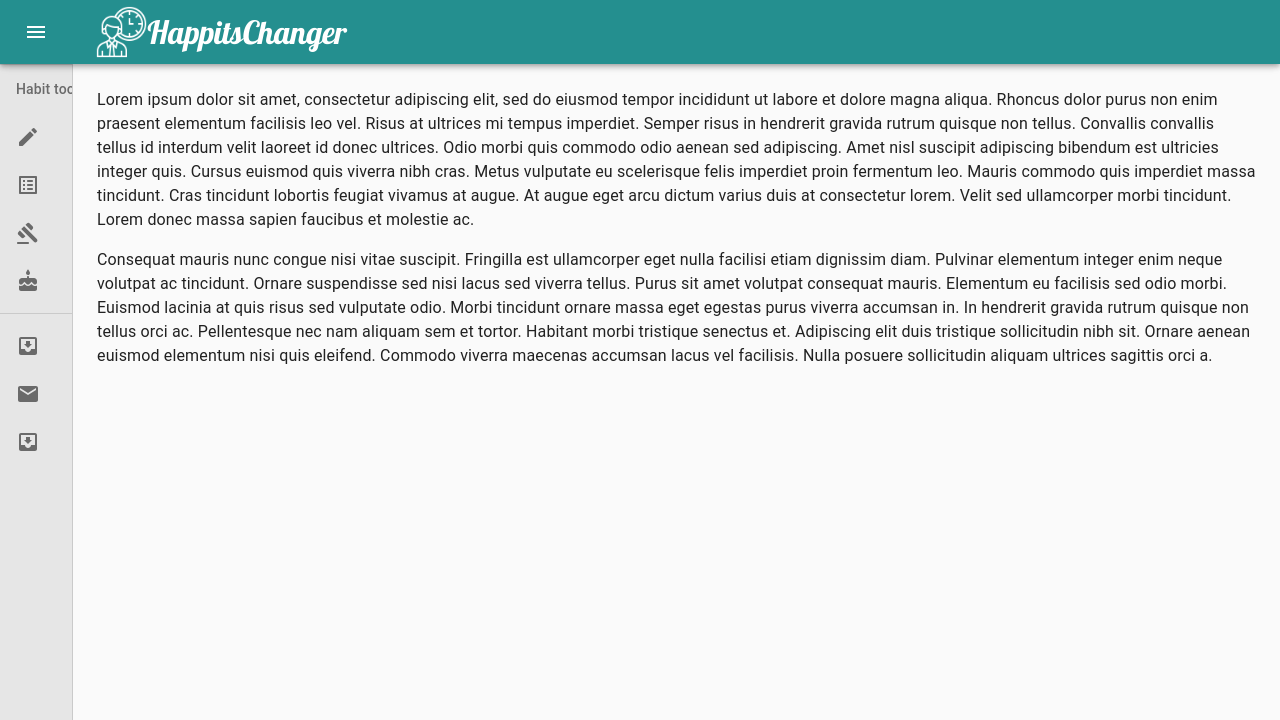
Repository: pgruca96/HappitsChanger
Page: /main
An editor plug-in stored every save of this project. The page is shown before and after a run of saves, followed by the edit.
The browser window is 1280 px wide. The pictures show the whole page.
The project was rebuilt for these pictures with package versions that can differ from the ones it lists, and the page was loaded fresh each time. Also part of the build but not shown: src/styles/LoginPage.js, src/styles/Form.js, src/components/form/index.js, src/containers/loginPage/logoContainer.js, src/containers/loginPage/index.js.

Above is the page before, as saved 2020-11-04 13:11:30.

After the next 2 saves:
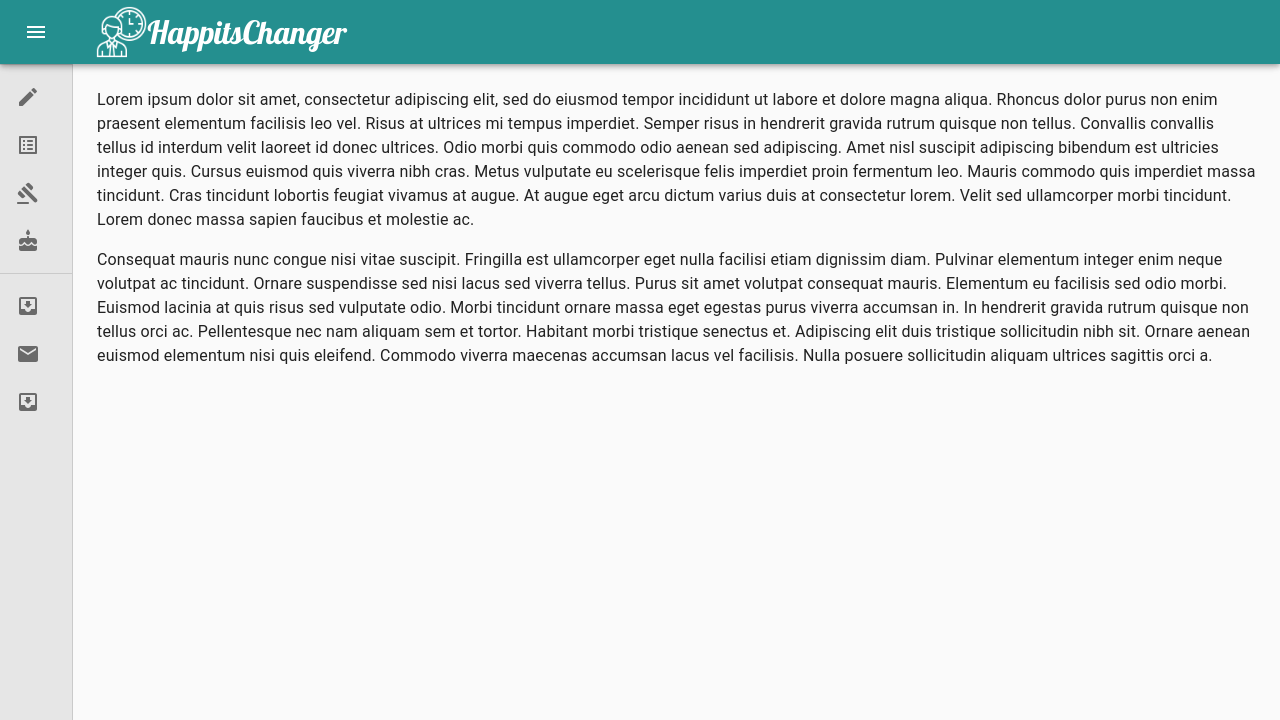
The 2 saves are shown as one change because 1 did not build or start.
The last was saved 27 s later.
--- a/src/containers/mainPage/index.js
+++ b/src/containers/mainPage/index.js
@@ -192,9 +192,11 @@
         <Divider />
         <List
           subheader={
-            <ListSubheader component="div" id="habit-tools-list-subheader">
-              Habit tools
-            </ListSubheader>
+            open && (
+              <ListSubheader component="div" id="habit-tools-list-subheader">
+                Habit tools
+              </ListSubheader>
+            )
           }
         >
           {["Habbits list", "Create your habit", "Rules", "Awards"].map(
